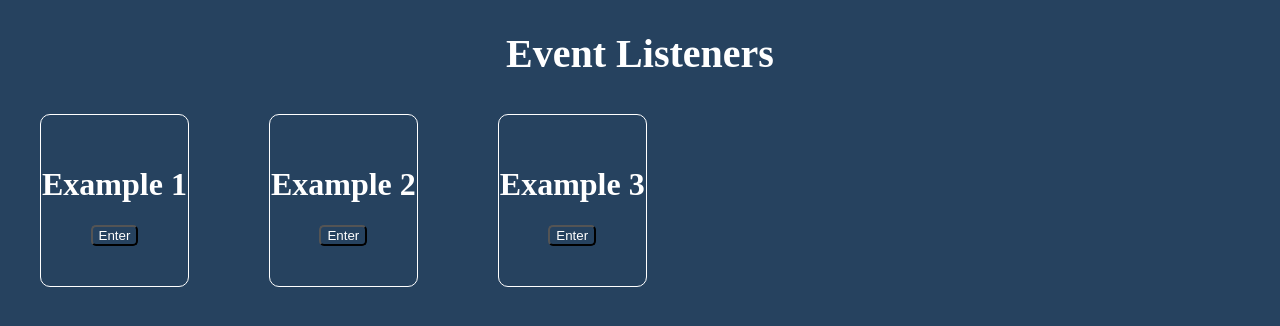
Repository: wakoya-tech/react-project
Page: Desktop/shaakala/ebo/index.html
These files come from the project's save history. The page is drawn as it stood at one moment and after the next save; the edit follows.
The browser window is 1280 px wide. The pictures show the whole page.

Above is the page before, as saved 2025-08-29 10:22:06.

After the next save:
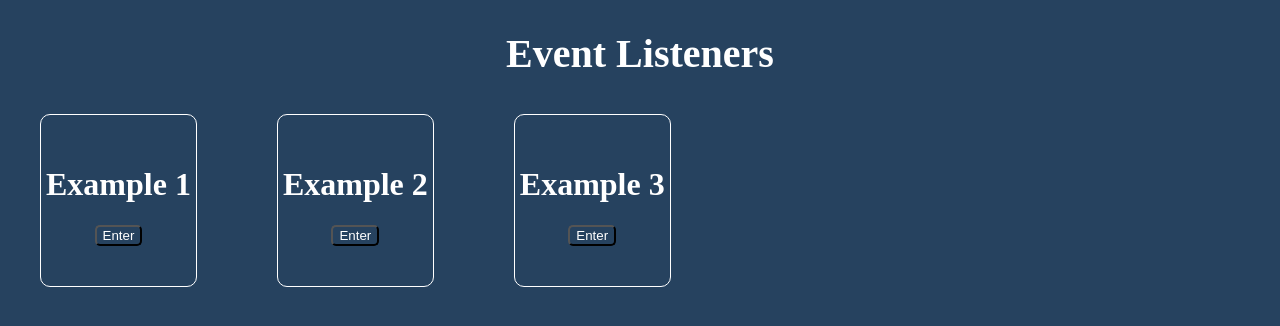
Saved 21 s later.
--- a/Desktop/shaakala/ebo/index.html
+++ b/Desktop/shaakala/ebo/index.html
@@ -28,7 +28,7 @@
 .boxes{
     font-size: medium;
     border: 1px solid white;
-    padding: 30px 1px 40px 1px;
+    padding: 30px 5px 40px 5px;
     margin: 10px 40px 10px 40px;
 
     border-radius: 10px;

After the save that followed:
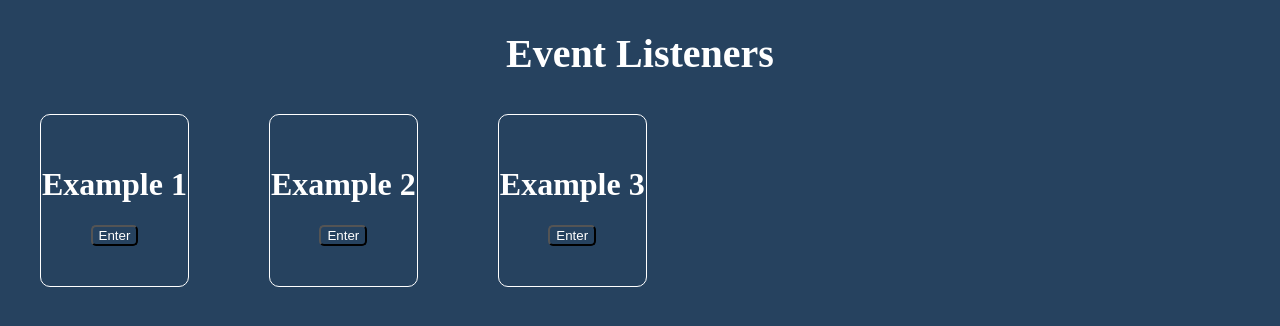
Saved 28 s later.
--- a/Desktop/shaakala/ebo/index.html
+++ b/Desktop/shaakala/ebo/index.html
@@ -28,7 +28,7 @@
 .boxes{
     font-size: medium;
     border: 1px solid white;
-    padding: 30px 5px 40px 5px;
+    padding: 30px 1px 40px 1px;
     margin: 10px 40px 10px 40px;
 
     border-radius: 10px;
